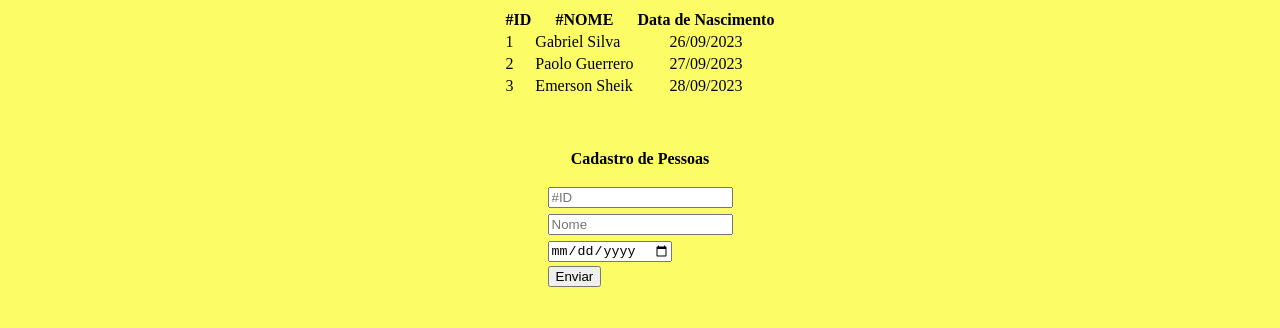
Repository: gabrielsilva9810/FATEC_LABEngSoftware
Page: http://localhost/ExemploHTML/
The author's editor kept a copy of each file at every save. The page is drawn from the files as they stood at one save, then again after the next save.
The browser window is 1280 px wide. The pictures show the whole page.
The page is served by Tomcat 9.

Above is the page before, as saved 2023-08-26 13:45:47.

### ExemploHTML/src/main/webapp/index.html
<!DOCTYPE html>
<html>

<head>
	<meta charset="UTF-8">
	<link rel="stylesheet" href="./css/styles.css">
	<title>Exemplo HTML</title>
</head>

<body>
	<div align="center">
		<table class="table_round">
			<thead>
				<tr>
					<th><b> #ID</b></th>
					<th><b> #NOME</b></th>
					<th><b> Data de Nascimento</b></th>
				</tr>
			</thead>
			<tbody>
				<tr>
					<td>1</td>
					<td>Gabriel Silva</td>
					<td align="center">26/09/2023</td>
				</tr>

				<tr>
					<td>2</td>
					<td>Paolo Guerrero</td>
					<td align="center">27/09/2023</td>
				</tr>

				<tr>
					<td>3</td>
					<td>Emerson Sheik</td>
					<td align="center">28/09/2023</td>
				</tr>


			</tbody>
		</table>

		<br />
		<br />

		<div align="center">

			<form action="https://leandrocolevati.com.br/" method="post">

				<p><b> Cadastro de Pessoas</b></p>



			<table>
				<tr>

					<td>
						<input type="number" min="0" step="1" id="id" name="id" placeholder="#ID" required="required">

					</td>
				<tr>

				</tr>
				<td>
					<input type="text" id="nome" name="nome" placeholder="Nome" required="required">

				</td>

				<tr>

				</tr>
				<td>
					<input type="date" id="id" name="dataNasc" placeholder="Data de Nascimento" required="required">

				</td>

				</tr>

				<tr>
					<td>
						<input type="submit" id="enviar" name="enviar" value="Enviar">
					</td>
				</tr>

			</table>

			</form>


		</div>

	</div>
</body>

</html>

### ExemploHTML/src/main/webapp/css/styles.css
@charset "UTF-8";

body{
	background-color: #FCFC66;
}

After the next save:
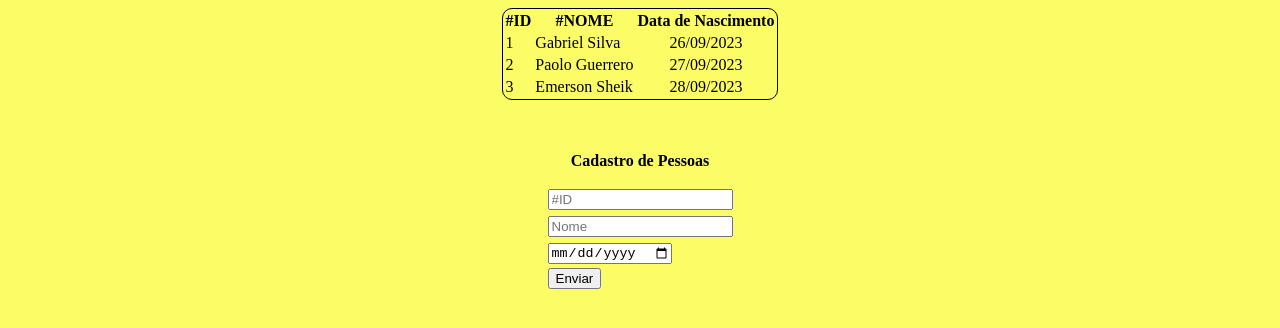
Saved 31 s later.
--- a/ExemploHTML/src/main/webapp/css/styles.css
+++ b/ExemploHTML/src/main/webapp/css/styles.css
@@ -3,3 +3,9 @@
 body{
 	background-color: #FCFC66;
 }
+
+.table_round {
+	border: 1px solid black;
+	border-radius: 10px;
+
+}
